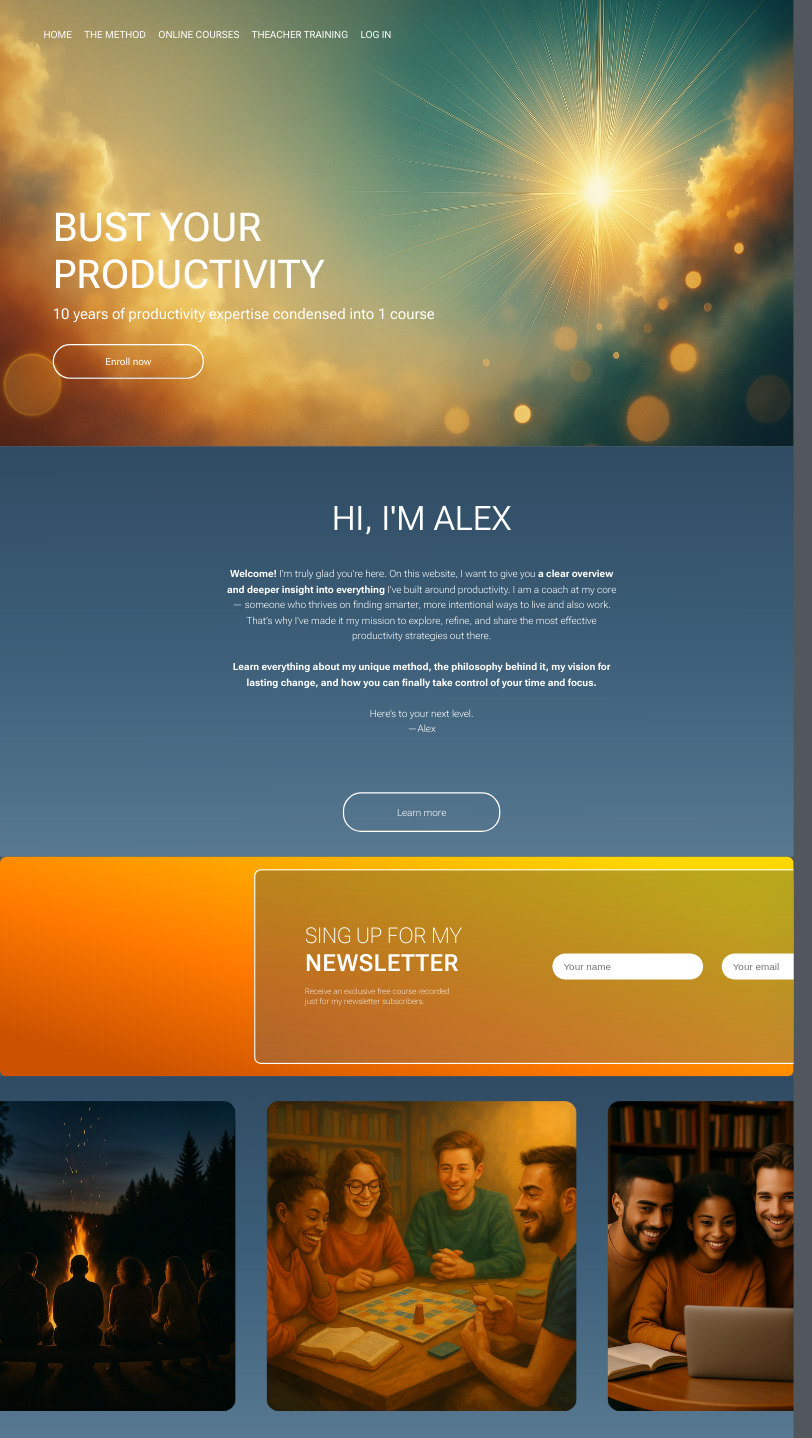
Repository: Parnicoza/testecomplete
Page: Productivity.copie.html
The author's editor kept a copy of each file at every save. The page is drawn from the files as they stood at one save, then again after the next save.
The browser window is 1280 px wide. The page is 1310 px wide, so the pictures cover 1310 px, including what lies to the right of the window. The pictures show the whole page, at 62% of full size.

Above is the page before, as saved 2025-05-30 14:58:42.

### Productivity.copie.html
<!DOCTYPE html>
<html lang="en">

<head>
    <meta charset="utf-8">
    <title>Productivity</title>
    <link rel="stylesheet" href="stilizaretestcomplet-14.css">
    <link rel="icon" href="imaginitestecomplete/dashboard.ico">
    <link rel="stylesheet" href="peoductivitate.css">
    <meta name="viewport" content="width=device-width, initial-scale=1.0">
    <meta charset="UTF-8">
    <link rel="preconnect" href="https://fonts.googleapis.com">
    <link rel="preconnect" href="https://fonts.gstatic.com" crossorigin>
    <link href="https://fonts.googleapis.com/css2?family=Roboto+Flex:opsz,wght@8..144,100..1000&display=swap"
        rel="stylesheet">
</head>

<body>
    <header>
        <nav>
            <ul class="nav-links">
                <li><a href="">HOME</a></li>
                <li><a href="">THE METHOD </a></li>
                <li><a href="">ONLINE COURSES</a></li>
                <li><a href="">THEACHER TRAINING</a></li>
                <li><a href="">LOG IN</a></li>
            </ul>
        </nav>
    </header>
    <div class="hero-section">
        <!--Acest div este pentru a separa, cu un background , the intro of the page ,cum ar venii , fata de restul paginii-->
        <figure>
            <h1 class="main-heading-pentru-productivity"> Bust Your <br>
                Productivity</h1>
            <figcaption class="caption-for-the-heading">10 years of productivity expertise condensed into 1 course
            </figcaption>
            <a class="button" href="https://www.maltemartenmethod.com/" target="_blank"><span>Enroll now</span></a>
        </figure>
    </div>

    <div class="background-after-hero"
        style="background: linear-gradient(to bottom, #1e3c56, #2c516d, #4a6d88), rgba(255, 255, 255, 0.08); background-blend-mode: overlay; padding: 40px; margin-top: 0;">
        <div class="HIIAMALEX">
            <h2>HI, I'M ALEX</h2>
            <p>
                <b>Welcome!</b> I’m truly glad you’re here. On this website, I want to give you <b>a clear overview and
                    deeper insight into everything</b> I’ve built around productivity. I am a coach at my core — someone
                who thrives on finding smarter, more intentional ways to live and also work. That’s why I’ve made it my
                mission to explore, refine, and share the most effective productivity strategies out there.<br>

                <br><b>Learn everything about my unique method, the philosophy behind it, my vision for lasting change,
                    and how you can finally take control of your time and focus.</b><br>

                <br>Here’s to your next level.<br>
                —Alex
                <a class="learn-more-btn" href="https://www.maltemartenmethod.com/"><span>Learn more</span></a>
            </p>
        </div>
    </div>

    <div class="newsletter"><!--ACESTA ESTE BACKROUND-UL , DIN SPATE , CEL CU ROSU-->
        <div class="newsletter-text" style="margin-left: 410px;"><!--ACESTA ESTE BORDERUL/BACKGROUND-UL CU BORDER-->
            <div class="newsletter-overlay"></div>
            <div class="text">
                <!--ACEST DIV ESTE PENTRU TEXTUL PROPRIU ZIS , AICI PUN TEXTUL SI MA OC CU PROPRIETATILE LUI-->
                <p class="singup">
                    SING UP FOR MY<br>
                    <span class="span">NEWSLETTER</span><br>
                    <span style="font-size: small; display: inline-block;margin-top: 15px;">
                        Receive an exclusive free course recorded<br>
                        just for my newsletter subscribers.
                    </span>
                </p>
                <form class="newsletter-form-row">
                    <input type="text"  placeholder="Your name" required>
                    <input type="email" placeholder="Your email" required>
                    <button type="submit">Subscribe</button>
                </form>
            </div>
        </div>
    </div>

    <div class="COURSES-background">
        <div class="imaginidesprecurs">
            <a href="#"><!--AICI TREBUIE SA PUN LINKUL CARTRE VIITOAREA PAGINA--><img src="imaginitestecomplete/campfire.png" alt="Campfire Image" class="modificariimaginidecurs scroll-appear"></a><!--TREBUIE CA FIECARE IMAGINE SA DUCA LA O PAGINA NOUA-->
            <a href="#"><!--AICI TREBUIE SA PUN LINKUL CARTRE VIITOAREA PAGINA--><img src="imaginitestecomplete/fungames.png" alt="Fun Games Image" class="modificariimaginidecurs scroll-appear"></a><!--TREBUIE CA FIECARE IMAGINE SA DUCA LA O PAGINA NOUA-->
            <a href="#"><!--AICI TREBUIE SA PUN LINKUL CARTRE VIITOAREA PAGINA--><img src="imaginitestecomplete/oameniinbiblioteca.png" alt="People in Library Image" class="modificariimaginidecurs scroll-appear"></a><!--TREBUIE CA FIECARE IMAGINE SA DUCA LA O PAGINA NOUA-->
        </div>

    </div>
    <script>
        const observer = new IntersectionObserver((entries) => {
          entries.forEach(entry => {
            if (entry.isIntersecting) {
              entry.target.classList.add('show');
            }
          });
        }, {
          threshold: 0.1
        });

        document.querySelectorAll('.scroll-appear').forEach(el => observer.observe(el));
      </script>
</body>

</html>

### stilizaretestcomplet-14.css
body{
    background-color:#51575D;
}

.main-heading{
    text-align: center;
    text-transform: uppercase;
    text-shadow: 15px 15px 15px black;
    font-size: 3.5em;
    color: black;
}

.background-for-the-heading{
    background: linear-gradient(to right, #5B6770, #9CAEBF);
    margin: 20px;
    padding: 5px;
    border-radius: 10px;
    margin-left: 170px;
}

.thesamebackground{
    background-color: rgba(91, 103, 112, 0.6) ;
    margin-left: 170px;
    margin-top: 50px;
    text-align: center;
    padding: 10px;
    border-radius: 10px;
    box-shadow: 5px 5px 15px black;
    margin-right: 20px;
}

.paragraph-gradient{
    color: #ffff;
    font-size: 2em;
    -webkit-text-stroke: 0.7px black;
    text-align: center;
}

.quote{
    border: 1px dotted black;
    padding: 10px;
    margin-left: 150px;
}

.divider{
    border: none;
    height: 4px;
    background-color: lightgray;
    border: 3px dotted black;
    margin: 14px;
    margin-left: 150px;
}

.image{
    border-radius: 5px;
    box-shadow: 5px 5px 15px black;
    display: block;
    margin: 0 auto;
}

.picture{
    margin-left: 160px;
}

.Dashboard{
    display: flex;
}

.sidebar{
    display: flex;
    flex-direction: column;
   width: 140px;
   position: fixed;
   left: 0;
   top: 0;
   height: 96vh;
   justify-content: center;
   margin: 20px;
   background-color: #6A747D;
    border-radius: 10px;
    box-shadow: -5px -5px 15px black;

}

.list{
    list-style-type: none;
    display: flex;
    flex-direction: column;
    gap: 30px;
    padding: 0;
    margin-left: 10px;
}

.container{
    margin-left: 160px;
}

.divimage{
    display: block;
    margin-left: 160px;
    margin-top: 50px;

}

.figcaption{
    font-style: italic;
    font-weight: bold;
    margin: 20px;
}

.home{
    color: black;
}

.BLOCKS{
    display: flex;
    flex-direction: row;
    justify-content: space-evenly;
    gap: 20px;
}
.blocks{
    display: flex;
    flex-direction: column;
    justify-content: space-evenly;
    width: 350px;
    margin-left: 170px;
    background-color: rgba(91, 103, 112, 0.6);
    box-shadow: 5px 5px 15px black;
    border-radius: 10px;
    padding: 10px;
    margin-right: 20px;
}

.blocks2{
    display: flex;
    flex-direction: column;
    justify-content: space-evenly;
    width: 350px;
    background-color: rgba(91, 103, 112, 0.6);
    box-shadow: 5px 5px 15px black;
    border-radius: 10px;
    padding: 10px;
    margin-right: 20px;
}

.blocks3{
    display: flex;
    flex-direction: column;
    justify-content: space-evenly;
    width: 350px;
    background-color: rgba(91, 103, 112, 0.6);
    box-shadow: 5px 5px 15px black;
    border-radius: 10px;
    padding: 10px;
    margin-right: 20px;
}
.headingforblock{
    text-align: left;
    text-transform: uppercase;
    font-weight: bold;
    color: black;
    display: flex;
}

.paragraph-gradient1{
    color: #ffff;
    -webkit-text-stroke: 0.6px black;
    font-size: 25px;
    text-align: center;
}

.footer{
    margin-left: 170px;
}

.social-media{
    display: flex;
    flex-direction: row;
    justify-content: space-evenly;
    gap: 20px;
    margin-top: 250px;
}
.ul{
    list-style-type: none;
    display: flex;
    flex-direction: row;
    gap: 20px;
    padding: 0;
}

.footer-text{
    color: white;
    font-size: smaller;
    text-align: center;
    margin: 0 auto;
    width: 650px;
}

.Disclaimer{
    color: white;
    font-size: large;
}

.ifarme{
    margin-left: 160px;
    margin-top: 10px;
}

### peoductivitate.css
html,body{overflow-x:hidden;}
body{
    font-family: "Roboto Flex", sans-serif;
    margin: 0;
}

.hero-section{
    height: 100vh;
    display: flex;
    align-items: center;
    background-image: url('imaginitestecomplete/sky.png');
    background-position: center;
    background-size: cover;
    background-repeat: no-repeat;
    /* A RAMAS SA PUN BACKGROUND */
    background-size: cover;
    background-position: center;
    background-repeat: no-repeat;
    margin-bottom: 0;
    width: 100%;
}

.background-after-hero {
    background: linear-gradient(to bottom, #1e3c56, #2c516d, #4a6d88), rgba(255, 255, 255, 0.08);
    background-blend-mode: overlay;
    padding: 40px;
    margin-top: 0;
    min-height: 60vh;
    width: 100%;
    overflow-x: hidden;

}

nav{
    position: absolute;
    width: 100%;
    z-index: 1000;
    margin: 30px;
}

.nav-links{
    list-style-type: none;
    display: flex;
    justify-content: flex-start;
    gap: 20px;
}

.nav-links li a{
    text-decoration: none;
    color: white;
}

.main-heading-pentru-productivity{
    text-transform: uppercase;
    font-size: 4rem;
    color: white;
    text-align: left;
    line-height: 1.2em;
    margin-top: 220px;
    margin-left: 45px;
    margin-bottom: 10px;
    font-weight: 450;
}

.caption-for-the-heading{
    display: inline-block;
    text-align: left;
    margin-left: 45px;
    font-size: x-large;
    color: white;
}

.HIIAMALEX{
    color: white;
    text-align: center;
}

.HIIAMALEX h2{
    font-weight: 330;
    font-size: 3.4em;
}

.HIIAMALEX p{
    font-weight: 200;
    width: 50%;
    text-align: center;
    margin: 0 auto;
    line-height: 25px;
}

.button{
    background: transparent;
   border: 2px solid white;
    border-radius: 30px;
    display: flex;
    justify-content: center;
    align-items: center;
    text-align: center;
    width: 240px;
    height: 52px;
    margin-top: 35px;
    margin-left: 45px;
    color: white;
    text-decoration: none;
    position: relative;
    overflow: hidden;
    z-index: 1;
}

.button::before {
    content: "";
    position: absolute;
    bottom: -100%;         /* de jos, complet ascuns la început */
    left: 0;
    width: 100%;
    height: 100%;
    background: linear-gradient(to bottom, #1e3c56, #2c516d, #4a6d88), rgba(255, 255, 255, 0.08);
    transition: bottom 0.4s ease;
    z-index: 0;
}
.button:hover::before {
    bottom: 0;  /* se ridică complet peste buton */
}
.button span {
    position: relative;
    z-index: 2;
}

.learn-more-btn{
    background: transparent;
    border: 2px solid white;
    border-radius: 30px;
    display: flex;
    align-items: center;
    justify-content: center;
    text-align: center;
    width: 250px;
    height: 60px;
    margin: 0 auto;
    position: relative;
    overflow: hidden;
    z-index: 1;
    color: white;
    text-decoration: none;
    margin-top: 90px;
}

.learn-more-btn::before{
    content: "";
    position: absolute;
    bottom: -100%;         /* de jos, complet ascuns la început */
    left: 0;
    width: 100%;
    height: 100%;
    background: linear-gradient(to top right, #cc5200 10%, #ff7a00 40%, #ffd700 90%);
    transition: bottom 0.4s ease;
    z-index: 0;
}

.learn-more-btn:hover::before{
    bottom: 0;  /* se ridică complet peste buton */
}

.learn-more-btn span{
    position: relative;
    z-index: 2;
}

.newsletter{
    background: linear-gradient(to top right, #cc5200 10%, #ff7a00 40%, #ffd700 90%);
    min-height: 45vh;
    display: flex;
    justify-content: center;
    align-items: center;
    flex-direction: column;
    width: 100%;
    border-radius: 10px;
}
.singup {
    color: white;
    font-size: 35px;
    font-weight: 100;
    text-align: left;
    margin-left: 30px;
    line-height: 1.2;
}
.span {
    display: inline-block;
    font-weight: 600;
    width: 250px;
    text-align: left;
    font-size: 38px;
    letter-spacing: 0.5px;
}

.newsletter-text{
    border: 2px solid white;
    width: 90%;
    max-width: 1150px;
    margin: 20px auto;
    position: relative;
    border-radius: 10px;
    margin: 20px auto;
}
.text {
    margin: 50px;
    position: relative;
    z-index: 2;
    display: flex;
    align-items: center;
    justify-content: center;
    gap: 40px;
}
/* keep paragraph and form widths responsive */
.singup{
    flex: 1 1 50%;
}
.newsletter-form-row{
    flex: 0 0 auto;
}

@media (max-width: 800px){
    .text{
        flex-direction: column;
        align-items: flex-start;
        gap: 20px;
    }
}
.newsletter-overlay{
    position: absolute;
    top: 0;
    left: 0;
    width: 100%;
    height: 100%;
    background: linear-gradient(
      to bottom,
      rgba(30, 60, 86, 0.3),
      rgba(44, 81, 109, 0.3),
      rgba(74, 109, 136, 0.3)
    );
    backdrop-filter: blur(30px);
    border-radius: 4px;
    z-index: 0;
    border-radius: 10px;
}

.newsletter-form-row{
    display: flex;
    align-items: center;
    justify-content: space-between;
    gap: 30px;
}
form {
    display: flex;
    gap: 20px;
  }

  form input {
    padding: 12px 18px;
    border-radius: 25px;
    border: none;
    background-color: white;
    color: #333;
    font-size: 16px;
  }
  form input:focus {
    outline: none;
    box-shadow: 0 0 0 2px #ffa50044;
  }
  .explore-courses{
    background: linear-gradient(to bottom, #1e3c56, #2c516d, #4a6d88), rgba(255, 255, 255, 0.08);
    display: flex;
    justify-content: center;
    flex-direction: column;
    align-items: center;
    min-height: 100vh;
  }

  .explore-courses-text{
    width: 50%;
    text-align: center;
    color: white;
    margin: 0 auto;
    line-height: 25px;
    font-weight: 200;
    margin-top: 45.152px;
  }

  .explore-courses h2{
    font-weight: 330;
    font-size: 3.4em;
    color: white;
    text-align: center;
}

.course-cards{
    display: flex;
    align-items: center;
    justify-content: space-evenly;
    gap: 100px;
    margin: auto;
    margin-top: 50px;
}

.borderfortheimages{
    border-radius: 25px;
}
.scroll-appear {
    opacity: 0;
    transform: translateY(-30px);
    transition: opacity 1.5s ease, transform 1.5s ease;
}

.scroll-appear.show {
    opacity: 1;
    transform: translateY(0);
}

.join-btn {
    margin-top: 50px;      /* pushes the button down a bit */
    margin-bottom: 40px;   /* optional bottom spacing */
}

.COURSES-background{
    background: linear-gradient(to bottom, #1e3c56, #2c516d, #4a6d88), rgba(255, 255, 255, 0.08);
    background-blend-mode: overlay;
    display: flex;
    flex-direction: row;
    align-items: center;
    justify-content: center;
    padding: 40px;
    margin-top: 0;
    min-height: 60vh;
    width: 100%;
    overflow-x: hidden;
    gap : 20px;
}

.imaginidesprecurs{
    display: flex;
    gap: 50px;
}

.modificariimaginidecurs{
    width: 500px;
    height: 500px;
    border-radius: 20px;
}

.scroll-appear {
    opacity: 0;
    transform: translateY(-30px);
    transition: opacity 1s ease, transform 1.5s ease;
}

.scroll-appear.show {
    opacity: 1;
    transform: translateY(0);
}

After the next save:
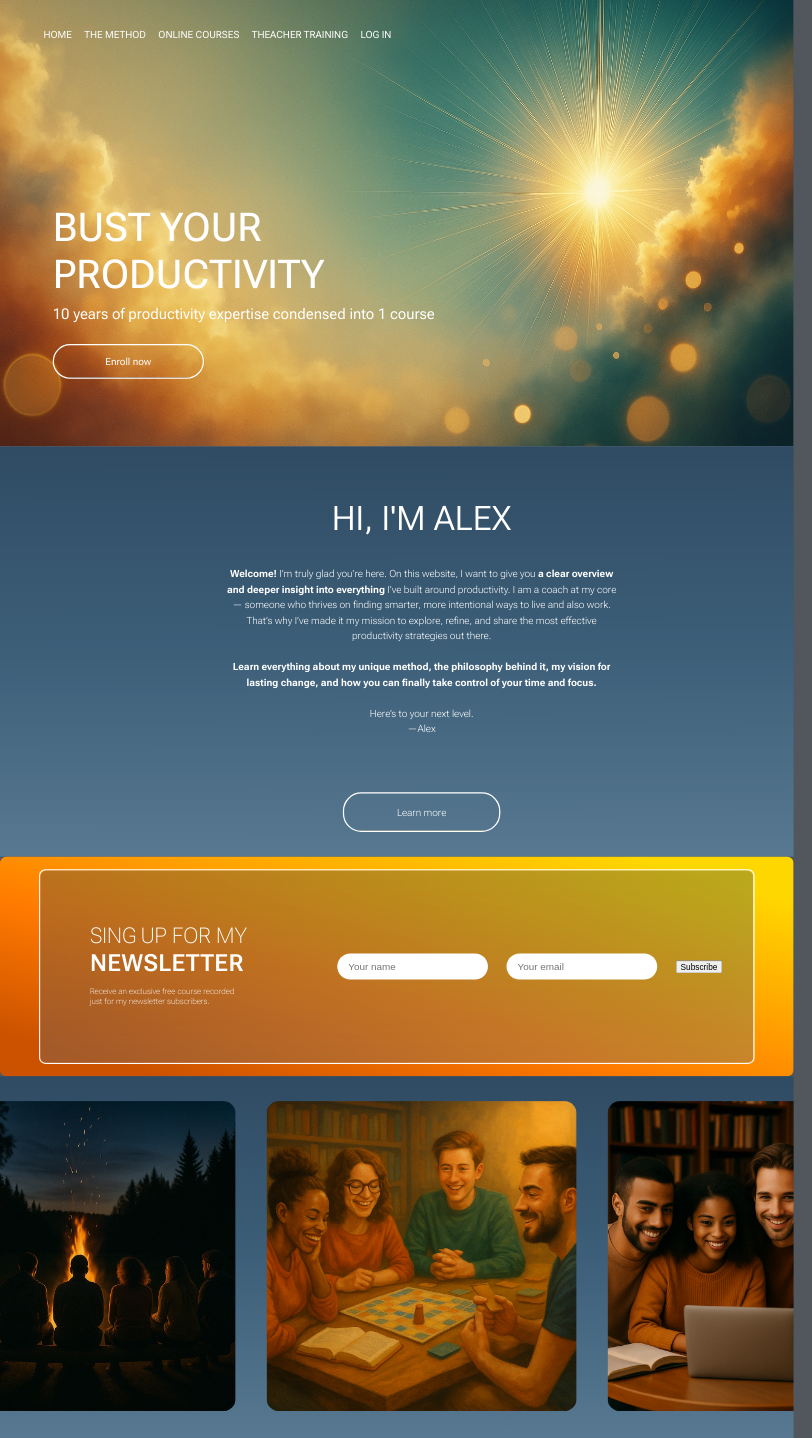
Saved 1 s later.
--- a/Productivity.copie.html
+++ b/Productivity.copie.html
@@ -59,7 +59,7 @@
     </div>
 
     <div class="newsletter"><!--ACESTA ESTE BACKROUND-UL , DIN SPATE , CEL CU ROSU-->
-        <div class="newsletter-text" style="margin-left: 410px;"><!--ACESTA ESTE BORDERUL/BACKGROUND-UL CU BORDER-->
+        <div class="newsletter-text"><!--ACESTA ESTE BORDERUL/BACKGROUND-UL CU BORDER-->
             <div class="newsletter-overlay"></div>
             <div class="text">
                 <!--ACEST DIV ESTE PENTRU TEXTUL PROPRIU ZIS , AICI PUN TEXTUL SI MA OC CU PROPRIETATILE LUI-->
